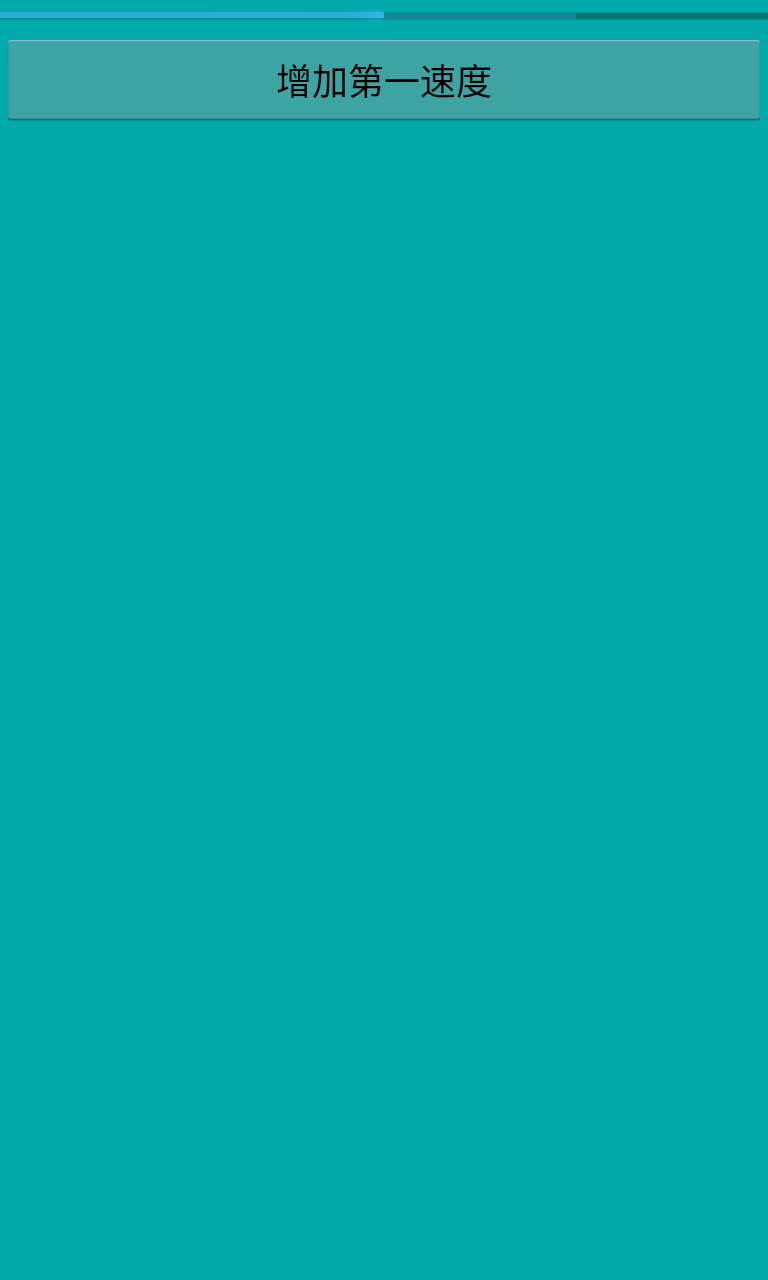
Repository: mrhanliang/Android_4.2
Layout: S01_E17_ProgressBar/res/layout/activity_main.xml
The author's editor kept a copy of each file at every save. The layout is drawn from the files as they stood at one save, then again after the next save.
It is drawn on a 768 x 1280 px phone screen (xhdpi) without system bars, with theme AppTheme; the app's code is not run.

Above is the layout before, as saved 2015-12-04 13:29:39.

### S01_E17_ProgressBar/res/layout/activity_main.xml
<RelativeLayout xmlns:android="http://schemas.android.com/apk/res/android"
    xmlns:tools="http://schemas.android.com/tools"
    android:layout_width="match_parent"
    android:layout_height="match_parent"
    android:background="#00aaaa"
    tools:context="com.example.s01_e17_progressbar.MainActivity" >

    <ProgressBar
        android:id="@+id/firstProgressBar"
        android:layout_width="match_parent"
        android:layout_height="wrap_content"
        android:max="200"
        android:progress="100"
        android:secondaryProgress="150"
        style="?android:attr/progressBarStyleHorizontal"
         />

    <Button
        android:id="@+id/firstButton"
        android:layout_width="match_parent"
        android:layout_height="wrap_content"
        android:text="增加第一速度"
        android:layout_below="@id/firstProgressBar"
        />
</RelativeLayout>

Loaded but not shown: S01_E17_ProgressBar/res/values/styles.xml (common file); S01_E17_ProgressBar/res/values-v11/styles.xml (common file); S01_E17_ProgressBar/res/values-v14/styles.xml (common file)

After the next save:
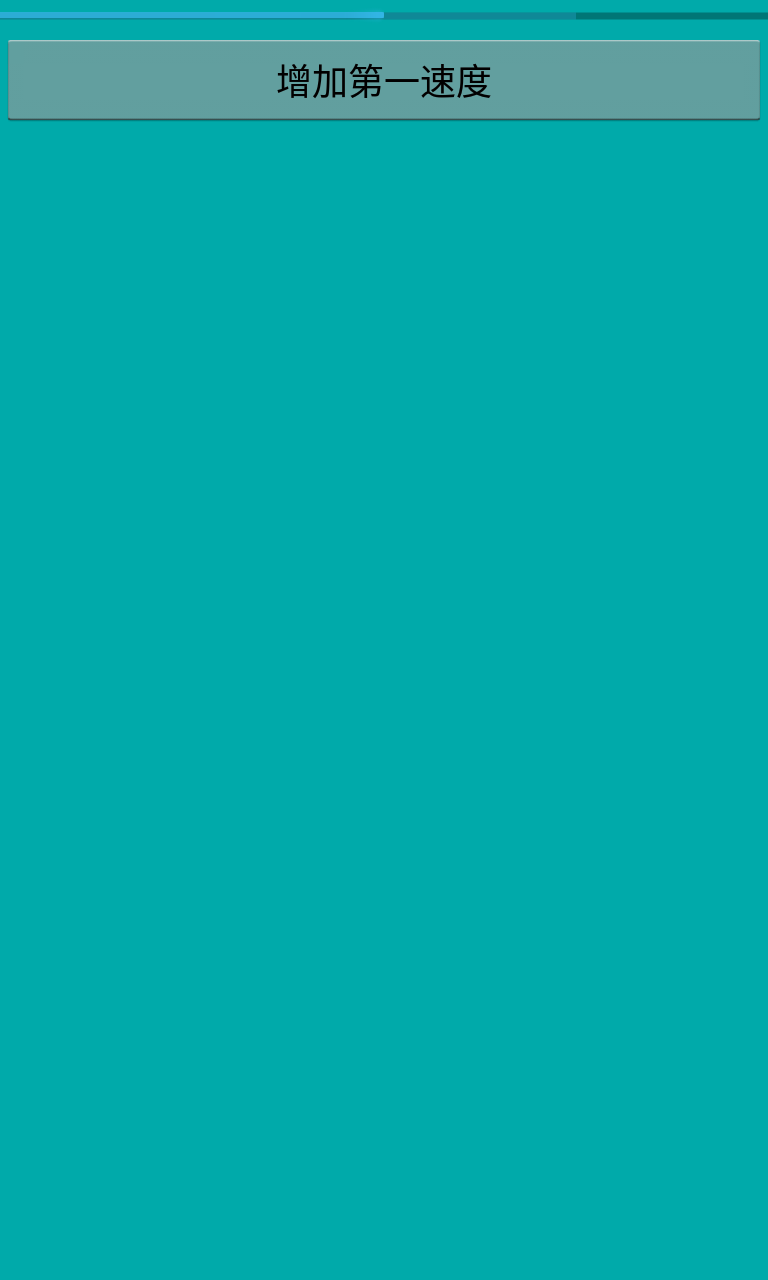
Saved 27 s later.
--- a/S01_E17_ProgressBar/res/layout/activity_main.xml
+++ b/S01_E17_ProgressBar/res/layout/activity_main.xml
@@ -22,4 +22,12 @@
         android:text="增加第一速度"
         android:layout_below="@id/firstProgressBar"
         />
+
+    <Button
+        android:id="@+id/secondButton"
+        android:layout_width="match_parent"
+        android:layout_height="wrap_content"
+        android:text="增加第一速度"
+        android:layout_below="@id/firstProgressBar"
+        />
 </RelativeLayout>
